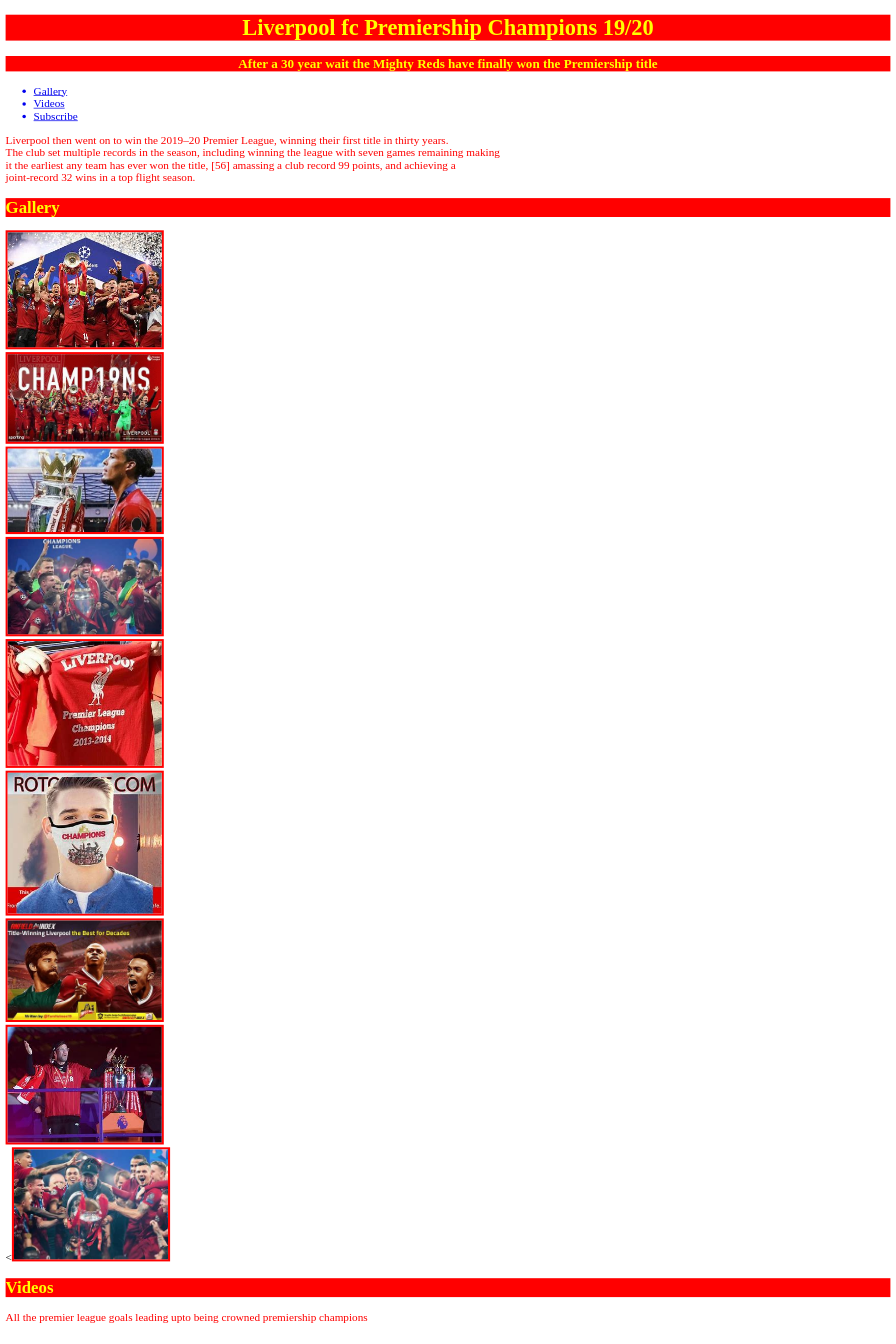
Repository: andyd71/HTML_and_CSS
Page: one_page_website/One_Page_Website.html
An editor plug-in stored every save of this project. The page is shown before and after the next save, followed by the edit.
The browser window is 1280 px wide. The pictures show the part of the page from y = 0 to 1920 px (the page is 2516 px tall before and 2749 px after), at 70% of full size.
Pictures or frames that could not be fetched are drawn as grey boxes.

Above is the page before, as saved 2020-10-09 12:42:37.

After the next save:
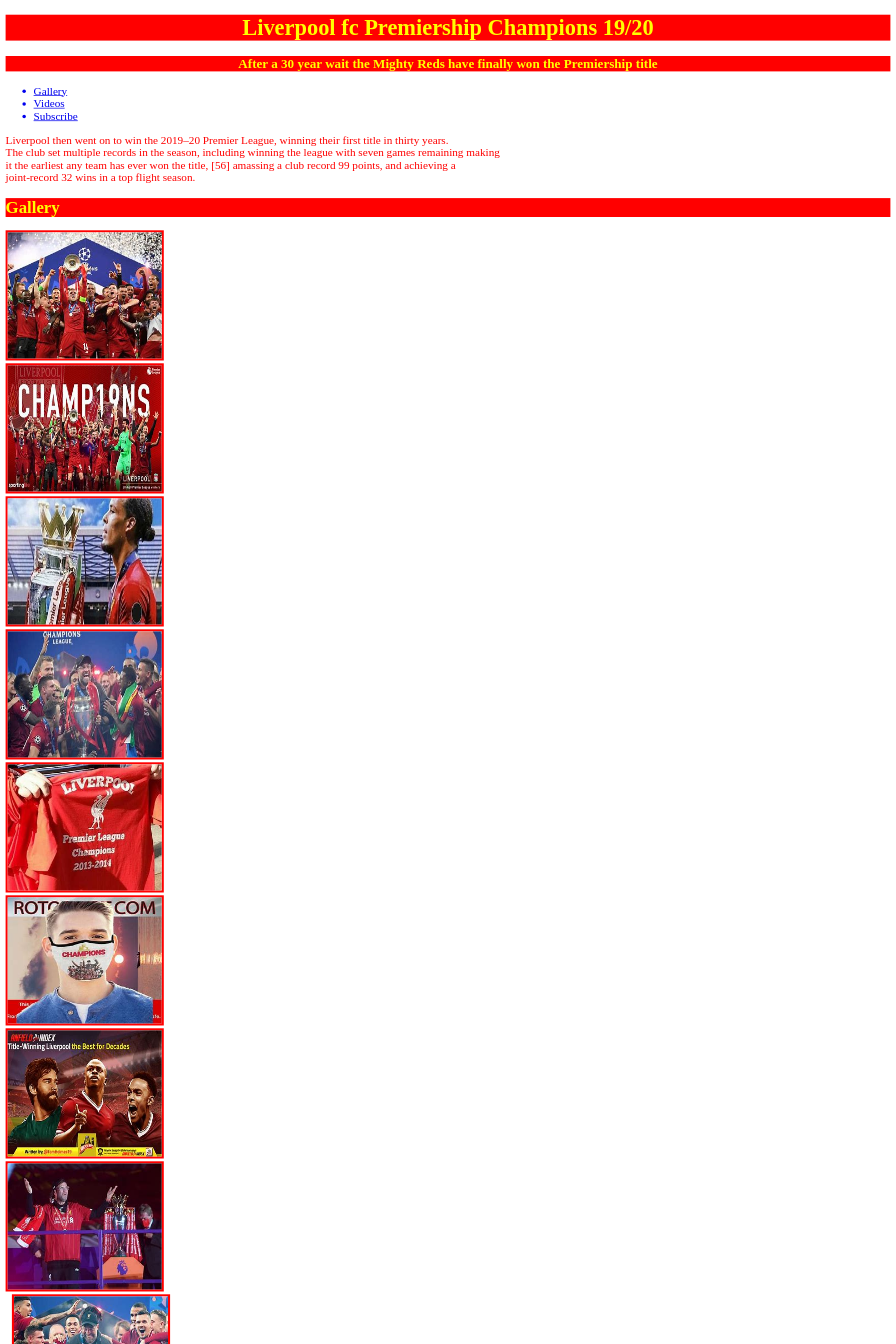
Saved 58 s later.
--- a/one_page_website/css/One_page_website.css
+++ b/one_page_website/css/One_page_website.css
@@ -20,4 +20,5 @@
 img {
 	border: 3px solid red;
 	width: 220px;
+	height: 180px;
 }
